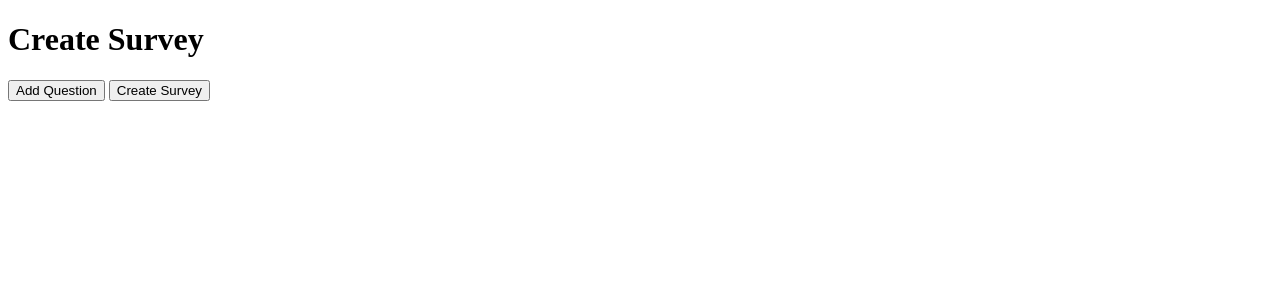
Repository: miki-babi/survey
Page: http://localhost/survey/create
These files come from the project's save history. The page is drawn as it stood at one moment and after the next save; the edit follows.
The browser window is 1280 px wide. The pictures show the whole page.
The page is served by the project's Laravel application, run on PHP 8.4 with Laravel 12. A made-up administrator, Test User (test@example.com), is signed in.

Above is the page before, as saved 2024-10-28 16:15:45.

After the next save:
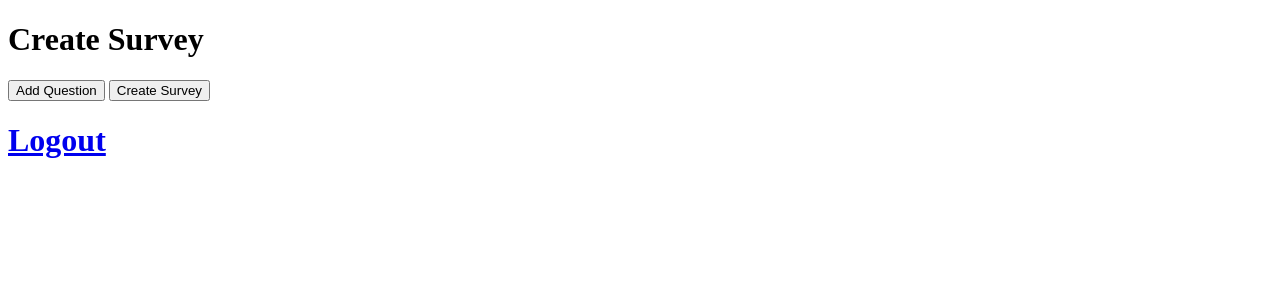
Saved 2 min 51 s later.
--- a/resources/views/create-survey.blade.php
+++ b/resources/views/create-survey.blade.php
@@ -14,7 +14,11 @@
        <button type="button" onclick="addQuestion()">Add Question</button>
        <button type="submit">Create Survey</button>
    </form>
-
+<h1>
+    @auth
+        <a href="{{ route('logout') }}">Logout</a>
+    @endauth
+</h1>
    <script>
        let questionCount = 0;
 
@@ -50,7 +54,6 @@
        function addChoice(questionIndex) {
            const choicesContainer = document.getElementById(`choicesContainer_${questionIndex}`);
            const choiceCount = choicesContainer.childElementCount + 1;
-
            const choiceContainer = document.createElement('div');
            choiceContainer.innerHTML = `
                <label>Choice ${choiceCount}:</label>

After the save that followed:
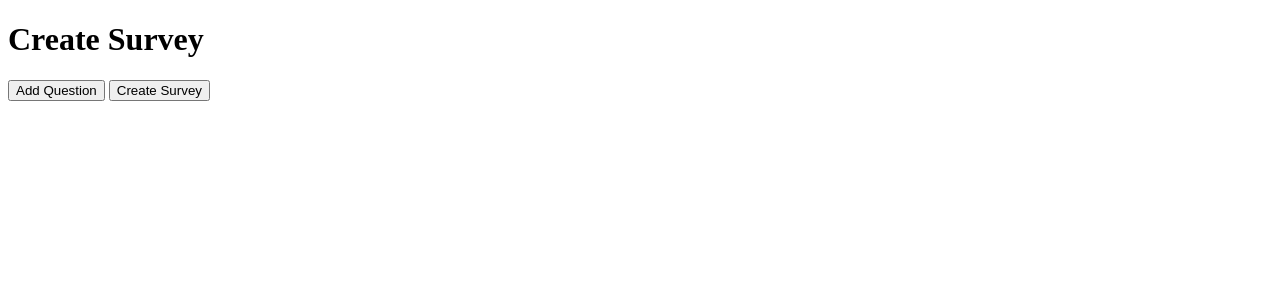
Saved 47 s later.
--- a/resources/views/create-survey.blade.php
+++ b/resources/views/create-survey.blade.php
@@ -11,13 +11,12 @@
    <form id="surveyForm" action="/survey/create" method="POST">
        @csrf
        <div id="questionsContainer"></div>
+
        <button type="button" onclick="addQuestion()">Add Question</button>
        <button type="submit">Create Survey</button>
    </form>
 <h1>
-    @auth
-        <a href="{{ route('logout') }}">Logout</a>
-    @endauth
+
 </h1>
    <script>
        let questionCount = 0;
